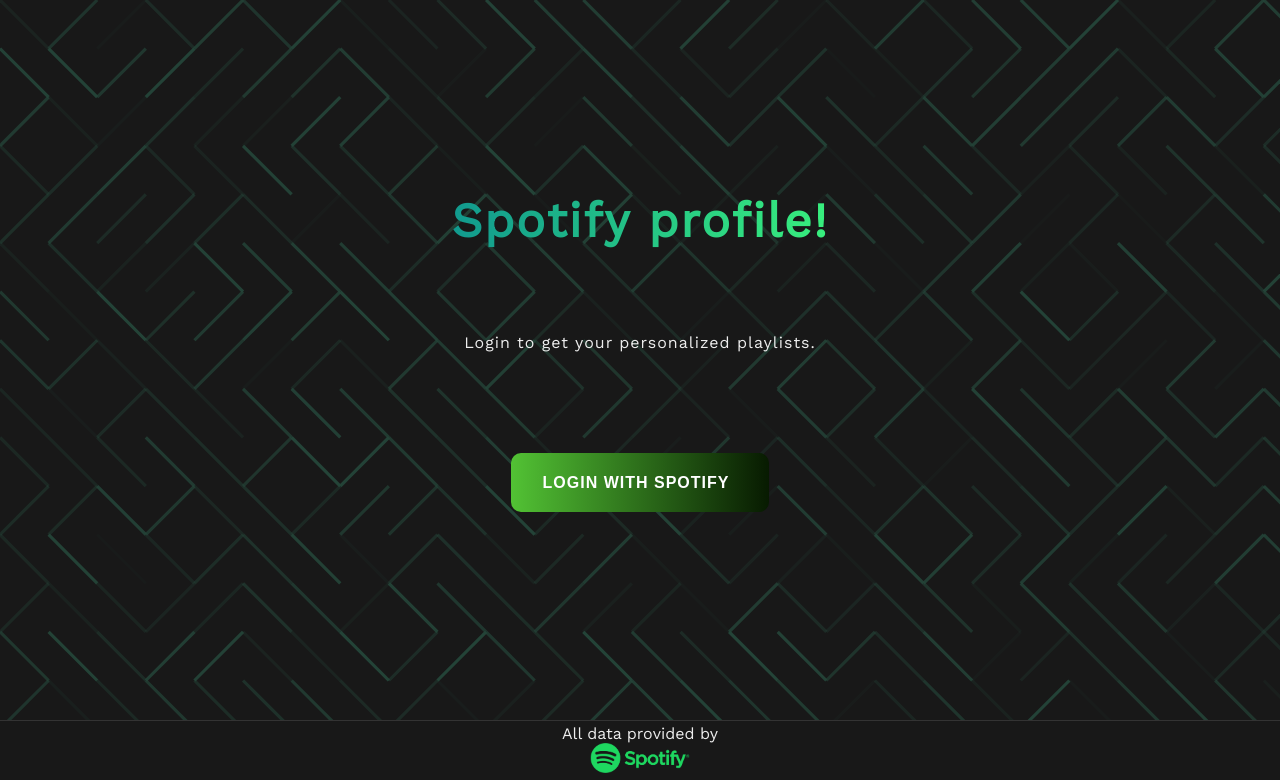
Repository: kirpister/Spotify-profile
Page: /
The author's editor kept a copy of each file at every save. The page is drawn from the files as they stood at one save, then again after the next save.
The browser window is 1280 px wide. The pictures show the whole page.
The project was rebuilt for these pictures with package versions that can differ from the ones it lists, and the page was loaded fresh each time.

Above is the page before, as saved 2023-03-08 10:48:04.

After the next save:
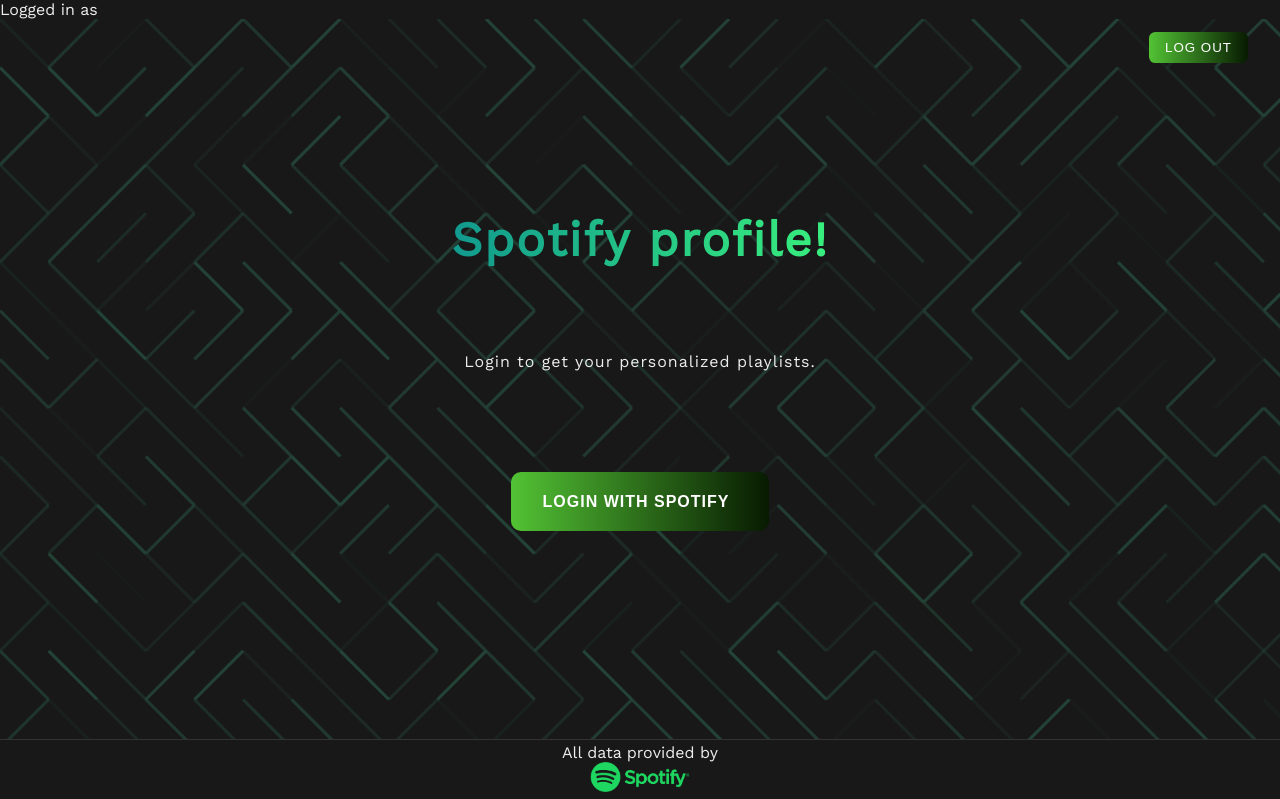
Saved 89 s later.
--- a/src/Spotify.tsx
+++ b/src/Spotify.tsx
@@ -122,6 +122,16 @@
   return (
     <>
       <div className="wrapper">
+        <header>
+          <div className="log-out">
+            <p>
+              Logged in as <a href="/">{userData?.display_name}</a>
+            </p>
+            <a href="https://accounts.spotify.com/fi/status">
+              <button>Log Out</button>
+            </a>
+          </div>
+        </header>
         {token ? (
           <div className="wrapper">
             <div className="header-img">
@@ -164,14 +174,6 @@
                 ))}
               </div>
             </div>
-            <div className="log-out">
-              <p>
-                Logged in as <a href="/">{userData?.display_name}</a>
-              </p>
-              <a href="https://accounts.spotify.com/fi/status">
-                <button>Log Out</button>
-              </a>
-            </div>
           </div>
         ) : (
           // MAIN PAGE BEFORE AUTH
